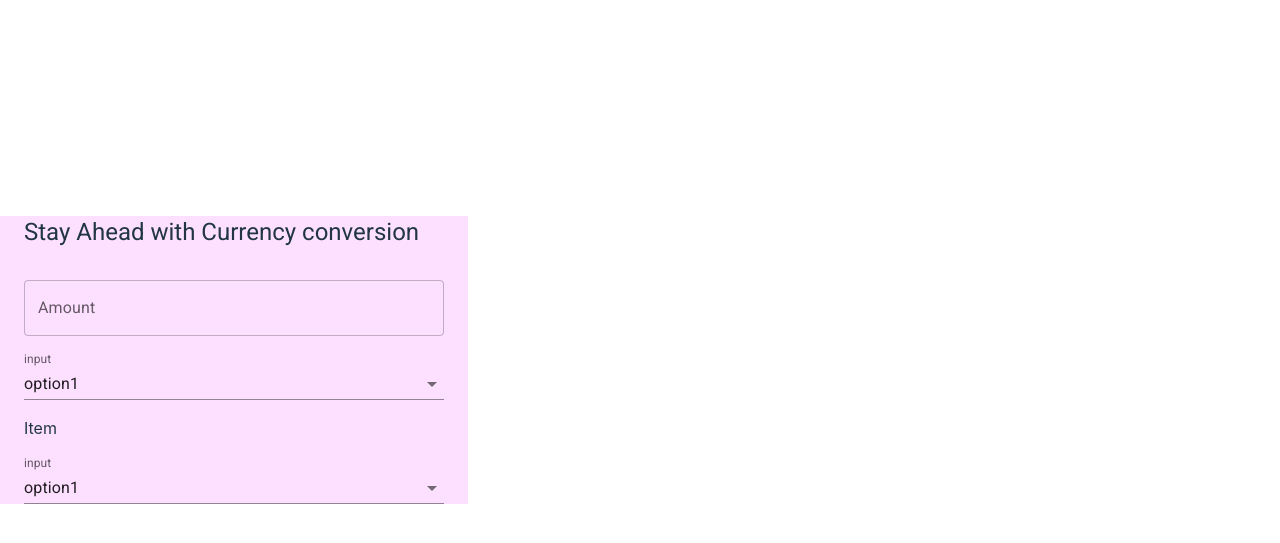
Repository: Asad-devv/CURRENCY
Page: /
These files come from the project's save history. The page is drawn as it stood at one moment and after a run of saves; the edit follows.
The browser window is 1280 px wide. The pictures show the whole page.
The project was rebuilt for these pictures with package versions that can differ from the ones it lists, and the page was loaded fresh each time. Also part of the build but not shown: craco.config.js.

Above is the page before, as saved 2023-03-01 22:18:41.

### src/main.jsx
import React from 'react'
import ReactDOM from 'react-dom/client'
import App from './App'
import './index.css'
import '@fontsource/roboto/300.css';
import '@fontsource/roboto/400.css';
import '@fontsource/roboto/500.css';
import '@fontsource/roboto/700.css';


ReactDOM.createRoot(document.getElementById('root')).render(
  <React.StrictMode>
    <App />
  </React.StrictMode>,
)

### src/App.jsx
import { Button, Container,Typography,Grid } from "@mui/material";
import { useState } from "react";
import reactLogo from "./assets/react.svg";
import InputAmount from "./components/InputAmount";
import SelectCountry from "./components/selectCountry";
import SwitchCurrency from "./components/SwitchCurrency";
// import './App.css'

function App() {
  const [count, setCount] = useState(0);

  return (
    <Container maxWidth="md" sx={{ background: "#fddfff" }}>
      <Typography variant = "h5"sx={{mb:"2rem"}}>Stay Ahead with Currency conversion</Typography>
      <Grid container spacing ={2}>
        <InputAmount/>
        <SelectCountry/>
        <SwitchCurrency/>
        <SelectCountry/>
      </Grid>
    </Container>
  );
}

export default App;

### src/components/InputAmount.jsx
import React from "react";

import { Grid, TextField ,InputAdornment} from "@mui/material";
const InputAmount = () => {
  return (
    <Grid item xs={12}>
      <TextField
        label="Amount"
        fullWidth
        inputProps={{ type: "number",startAdornment :<InputAdornment position="start">qwnm$</InputAdornment> }}

      ></TextField>
    </Grid>
  );
};

export default InputAmount;

### src/components/selectCountry.jsx
import React from 'react'
import {Autocomplete, Grid,Box ,TextField} from "@mui/material"
const SelectCountry = () => {
  return (
    <Grid item xs={12}>
    {/* <Autocomplete></Autocomplete> */}
    <Autocomplete
        value="option1"
        options = {["opt1","opt2","opt3"]}
        id="disable-clearable"
        disableClearable
        renderInput={(params) => (
          <TextField {...params} label="input" variant="standard" />
        )}
      />
  </Grid>
  )
}

export default SelectCountry

### src/components/SwitchCurrency.jsx
import React from 'react'
import {Grid } from "@mui/material"
const SwitchCurrency = () => {
  return (
    <Grid item>
    Item
  </Grid>
  )
}

export default SwitchCurrency

Loaded but not shown: index.html (common file); src/index.css (common file)

After the next 5 saves:
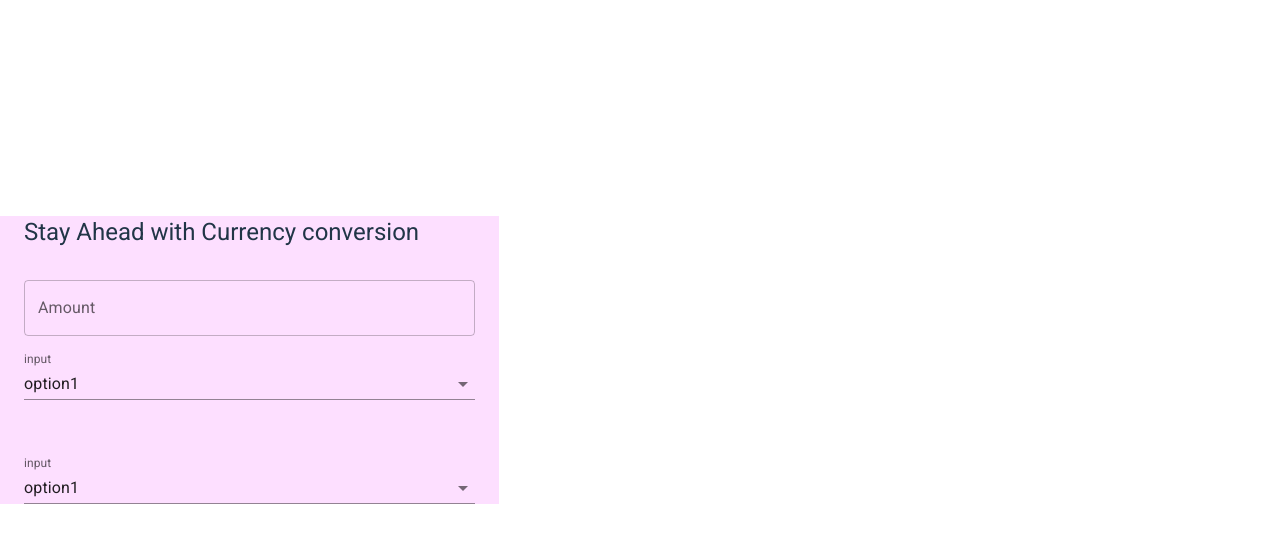
The 5 saves are shown as one change because 2 did not build or start and some came seconds apart.
The last was saved 41 s later.
--- a/src/components/SwitchCurrency.jsx
+++ b/src/components/SwitchCurrency.jsx
@@ -1,9 +1,9 @@
 import React from 'react'
-import {Grid } from "@mui/material"
+import {Button, Grid } from "@mui/material"
 const SwitchCurrency = () => {
   return (
     <Grid item>
-    Item
+    <Button></Button>
   </Grid>
   )
 }
